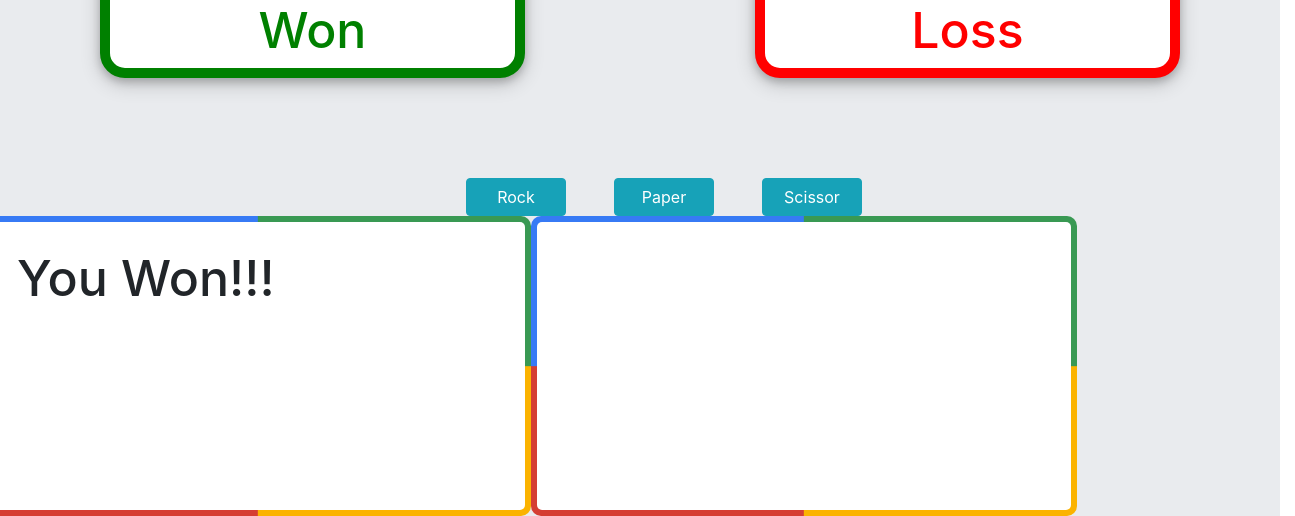
Repository: tts2610/React-Intro
Page: /
An editor plug-in stored every save of this project. The page is shown before and after the next save, followed by the edit.
The browser window is 1280 px wide. The page is 1295 px wide, so the pictures cover 1295 px, including what lies to the right of the window. The pictures show the part of the page from y = 428 to 944 px (the page is 944 px tall).
Some web libraries are served in a nearby version. The project was rebuilt for these pictures with package versions that can differ from the ones it lists, and the page was loaded fresh each time. Also part of the build but not shown: src/components/History.js.

Above is the page before, as saved 2020-05-26 23:07:45.

### public/index.html
<!DOCTYPE html>
<html lang="en">

<head>
    <meta charset="utf-8" />
    <link rel="icon" href="%PUBLIC_URL%/favicon.ico" />
    <meta name="viewport" content="width=device-width, initial-scale=1" />
    <meta name="theme-color" content="#000000" />
    <meta name="description" content="Web site created using create-react-app" />
    <link rel="apple-touch-icon" href="%PUBLIC_URL%/logo192.png" />
    <!--
      manifest.json provides metadata used when your web app is installed on a
      user's mobile device or desktop. See https://developers.google.com/web/fundamentals/web-app-manifest/
    -->
    <link rel="manifest" href="%PUBLIC_URL%/manifest.json" />
    <!--
      Notice the use of %PUBLIC_URL% in the tags above.
      It will be replaced with the URL of the `public` folder during the build.
      Only files inside the `public` folder can be referenced from the HTML.

      Unlike "/favicon.ico" or "favicon.ico", "%PUBLIC_URL%/favicon.ico" will
      work correctly both with client-side routing and a non-root public URL.
      Learn how to configure a non-root public URL by running `npm run build`.
    -->
    <title>React App</title>
    <link rel="stylesheet" href="https://maxcdn.bootstrapcdn.com/bootstrap/4.0.0/css/bootstrap.min.css" integrity="sha384-Gn5384xqQ1aoWXA+058RXPxPg6fy4IWvTNh0E263XmFcJlSAwiGgFAW/dAiS6JXm" crossorigin="anonymous">
</head>

<body>
    <noscript>You need to enable JavaScript to run this app.</noscript>
    <div id="root"></div>
    <!--
      This HTML file is a template.
      If you open it directly in the browser, you will see an empty page.

      You can add webfonts, meta tags, or analytics to this file.
      The build step will place the bundled scripts into the <body> tag.

      To begin the development, run `npm start` or `yarn start`.
      To create a production bundle, use `npm run build` or `yarn build`.
    -->
    <script src="https://code.jquery.com/jquery-3.2.1.slim.min.js" integrity="sha384-KJ3o2DKtIkvYIK3UENzmM7KCkRr/rE9/Qpg6aAZGJwFDMVNA/GpGFF93hXpG5KkN" crossorigin="anonymous"></script>
    <script src="https://cdnjs.cloudflare.com/ajax/libs/popper.js/1.12.9/umd/popper.min.js" integrity="sha384-ApNbgh9B+Y1QKtv3Rn7W3mgPxhU9K/ScQsAP7hUibX39j7fakFPskvXusvfa0b4Q" crossorigin="anonymous"></script>
    <script src="https://maxcdn.bootstrapcdn.com/bootstrap/4.0.0/js/bootstrap.min.js" integrity="sha384-JZR6Spejh4U02d8jOt6vLEHfe/JQGiRRSQQxSfFWpi1MquVdAyjUar5+76PVCmYl" crossorigin="anonymous"></script>
</body>

</html>

### src/App.js
import React , {Component } from 'react';
import './App.css';
import ChoiceCard from './components/ChoiceCard';
import Button from './components/Button';
import Result from './components/Result';
import History from './components/History';


const choices = {
  rock:
    "https://opengameart.org/sites/default/files/forum-attachments/very%20simple%20rock_0.png",
  paper: "http://pngimagesfree.com/Paper/Thumb/blank-note-paper-free-clipa.png",
  scissor: "http://www.pngmart.com/files/1/Scissors-PNG-Pic.png"
};

export default class App extends Component{
    // const [choiceDic,setChoice] = useState({me:{winner:1,imgURL:choices.rock},computer:{winner:0,imgURL:choices.scissor}})
  constructor(props){
    super(props);
    this.state = {
      me:{winner:1,imgURL:"http://www.pngmart.com/files/1/Scissors-PNG-Pic.png"},
      computer:{winner:0,imgURL:"http://pngimagesfree.com/Paper/Thumb/blank-note-paper-free-clipa.png"},
    }
  }

  randomProperty = function (obj) {
    let keys = Object.keys(obj);
    let randomNum = keys.length * Math.random() << 0;
    return [obj[keys[randomNum]],keys[randomNum]];
  };

  handleClick = (myChoice)=>{
    let random = this.randomProperty(choices)
    let computerChoice = random[1];
    let myWinnerState;
    let computerWinnerState;
    if ((myChoice==='rock' && computerChoice==='scissor')||(myChoice==='paper' && computerChoice==='rock')|| (myChoice==='scissor' && computerChoice==='paper')) {
        myWinnerState = 1;
        computerWinnerState = 0;
    }else if((computerChoice==='rock' && myChoice==='scissor')||(computerChoice==='paper' && myChoice==='rock')|| (computerChoice==='scissor' && myChoice==='paper')){
        computerWinnerState = 1;
        myWinnerState = 0;
    }
    else{
        computerWinnerState = 2;
        myWinnerState = 2;
    }
    this.setState({
      me: {winner:myWinnerState,imgURL:choices[myChoice]},
      computer:{winner:computerWinnerState,imgURL:random[0]}
    },()=>{
      // if(this.state.me.winner===1&&this.state.computer.winner===0) alert("you win!!!");
      // else alert("you loose!");
    });

  }

  render(){
    return (
      <div className="App">
        <div className="row">
          <div className="col-6">
              <ChoiceCard title="You" winner={this.state.me.winner} imgURL={this.state.me.imgURL} />
          </div>
          <div className="col-6">
              <ChoiceCard title="Computer" winner={this.state.computer.winner} imgURL={this.state.computer.imgURL}/>
          </div>
        </div>

        <div className="row rowOfButtons">
        <Button type="rock" handleClick={this.handleClick}/>
        <Button type="paper" handleClick={this.handleClick}/>
        <Button type="scissor" handleClick={this.handleClick}/>
        </div>
        <div className="row">
          <div className="col-md-5 rainbow">
          <Result result={[this.state.me.winner,this.state.computer.winner]}/>
          </div>
          <div className="col-md-5 rainbow">

          </div>

        </div>
      </div>
    );
  }

}

### src/App.css
.App {
    min-height: 100vh;
    text-align: center;
    background-color: #e9ebee;
}

.rowOfButtons {
    display: flex;
    justify-content: center;
}

.rowOfButtons button {
    width: 100px;
}

.choice-card {
    flex: 1;
    display: flex;
    margin: 100px;
    font-size: 3em;
    padding: 0 40px;
    font-weight: 300;
    text-align: center;
    border-radius: 25px;
    flex-direction: column;
    align-items: center;
    border: 1px solid black;
    background-color: white;
    justify-content: space-around;
    box-shadow: 0 4px 8px 0 rgba(0, 0, 0, 0.2), 0 6px 20px 0 rgba(0, 0, 0, 0.19);
}

img {
    width: 250px;
    height: 250px;
}

h1 {
    font-size: 50px;
}

.winner {
    color: green;
    border: 10px solid green;
}

.loser {
    color: red;
    border: 10px solid red;
}

.tie {
    border: 10px solid black;
}

.result {
    width: max-content;
    display: flex;
    justify-content: center;
}

@-webkit-keyframes rotate {
    100% {
        -webkit-transform: rotate(1turn);
        transform: rotate(1turn);
    }
}

@keyframes rotate {
    100% {
        -webkit-transform: rotate(1turn);
        transform: rotate(1turn);
    }
}

.rainbow {
    position: relative;
    z-index: 0;
    width: 400px;
    height: 300px;
    border-radius: 10px;
    overflow: hidden;
    padding: 2rem;
    padding-bottom: 50px;
}

.rainbow::before {
    content: '';
    position: absolute;
    z-index: -2;
    left: -50%;
    top: -50%;
    width: 200%;
    height: 200%;
    background-color: #399953;
    background-repeat: no-repeat;
    background-size: 50% 50%, 50% 50%;
    background-position: 0 0, 100% 0, 100% 100%, 0 100%;
    background-image: -webkit-gradient(linear, left top, left bottom, from(#399953), to(#399953)), -webkit-gradient(linear, left top, left bottom, from(#fbb300), to(#fbb300)), -webkit-gradient(linear, left top, left bottom, from(#d53e33), to(#d53e33)), -webkit-gradient(linear, left top, left bottom, from(#377af5), to(#377af5));
    background-image: linear-gradient(#399953, #399953), linear-gradient(#fbb300, #fbb300), linear-gradient(#d53e33, #d53e33), linear-gradient(#377af5, #377af5);
    -webkit-animation: rotate 4s linear infinite;
    animation: rotate 4s linear infinite;
}

.rainbow::after {
    content: '';
    position: absolute;
    z-index: -1;
    left: 6px;
    top: 6px;
    width: calc(100% - 12px);
    height: calc(100% - 12px);
    background: white;
    border-radius: 5px;
}

.resultInner {
    display: flex;
    align-items: center;
}

### src/components/ChoiceCard.js
import React from 'react'

export default function ChoiceCard({title,winner,imgURL}) {

        if(winner===2){
            return (
                <div className={`choice-card tie`}>
                    <h1>{title}</h1>
                    <img src={imgURL} alt={imgURL}/>
                    <h1>Tie</h1>
                </div>
                );
        }
        return (
        <div className={`choice-card ${winner ? 'winner' : 'loser'}`}>
            <h1>{title}</h1>
            <img src={imgURL} alt={imgURL}/>
            <h1>{winner ? 'Won' : 'Loss'}</h1>
        </div>
        );
}

### src/components/Button.js
import React from 'react'

export default function Button({handleClick,type}){
    return (
        <div>
            <button type="button" className="btn btn-info ml-5 text-capitalize" onClick={()=>handleClick(type)} >{type}</button>
        </div>
    );
}

### src/components/Result.js
import React from 'react'

export default function Result({result}){
    if(result[0]>result[1])
        return (<div className="resultInner">
                    <h1>You Won!!!</h1>
                </div>);
    else if(result[0]<result[1]){
        return (<div className="resultInner">
            <h1>You Lost!!!</h1>
        </div>);
    }else{
        return (<div className="resultInner">
            <h1>Tie Game!!!</h1>
        </div>);
    }
}

Loaded but not shown: src/index.js (common file); src/index.css (common file); src/serviceWorker.js (common file)

After the next save:
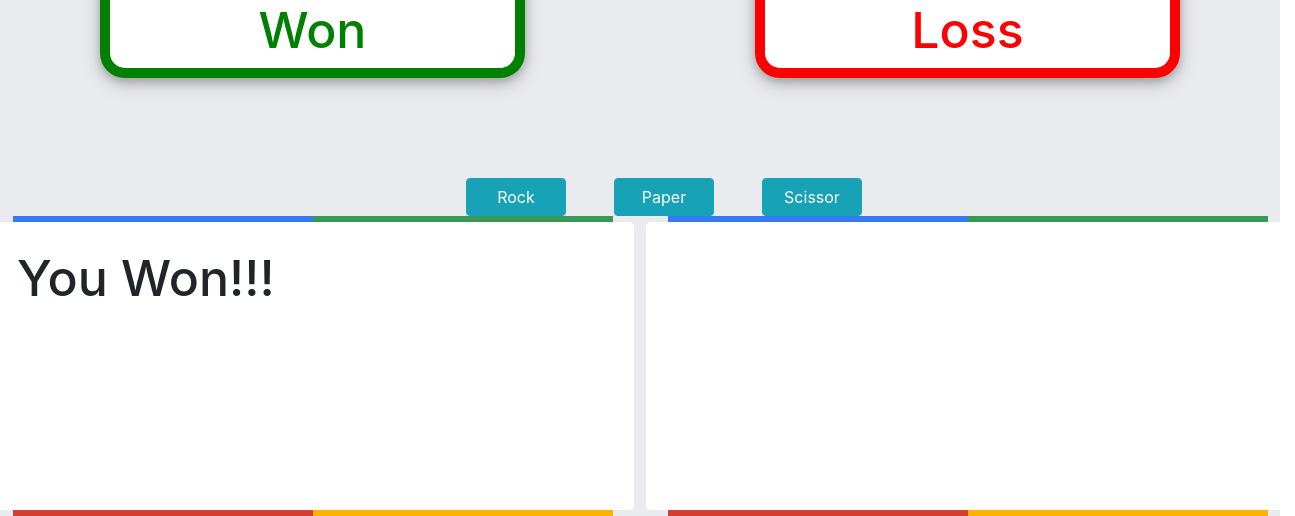
Saved 17 s later.
--- a/src/App.js
+++ b/src/App.js
@@ -73,10 +73,10 @@ export default class App extends Component{
         <Button type="scissor" handleClick={this.handleClick}/>
         </div>
         <div className="row">
-          <div className="col-md-5 rainbow">
+          <div className="col-md rainbow">
           <Result result={[this.state.me.winner,this.state.computer.winner]}/>
           </div>
-          <div className="col-md-5 rainbow">
+          <div className="col-md rainbow">
 
           </div>
 
